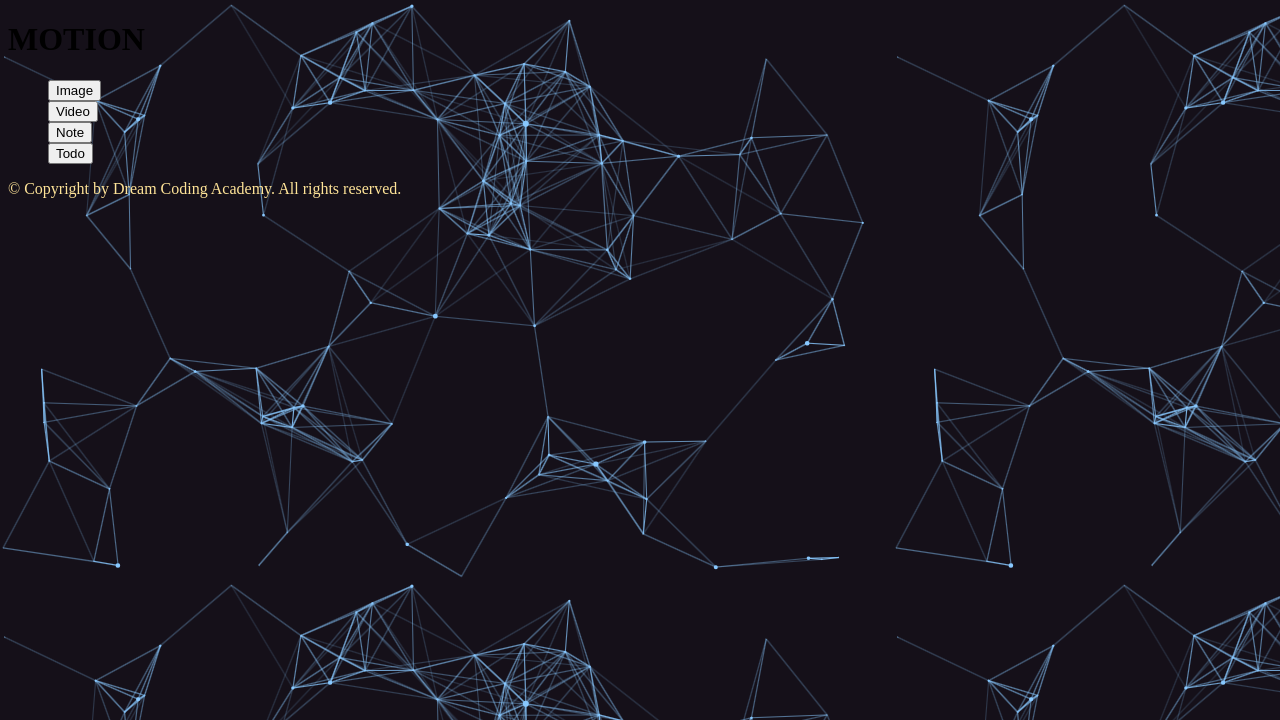
Repository: chefkuna/Motion
Page: index.html
These files come from the project's save history. The page is drawn as it stood at one moment and after the next save; the edit follows.
The browser window is 1280 px wide. The pictures show the whole page.

Above is the page before, as saved 2022-08-21 14:34:44.

After the next save:
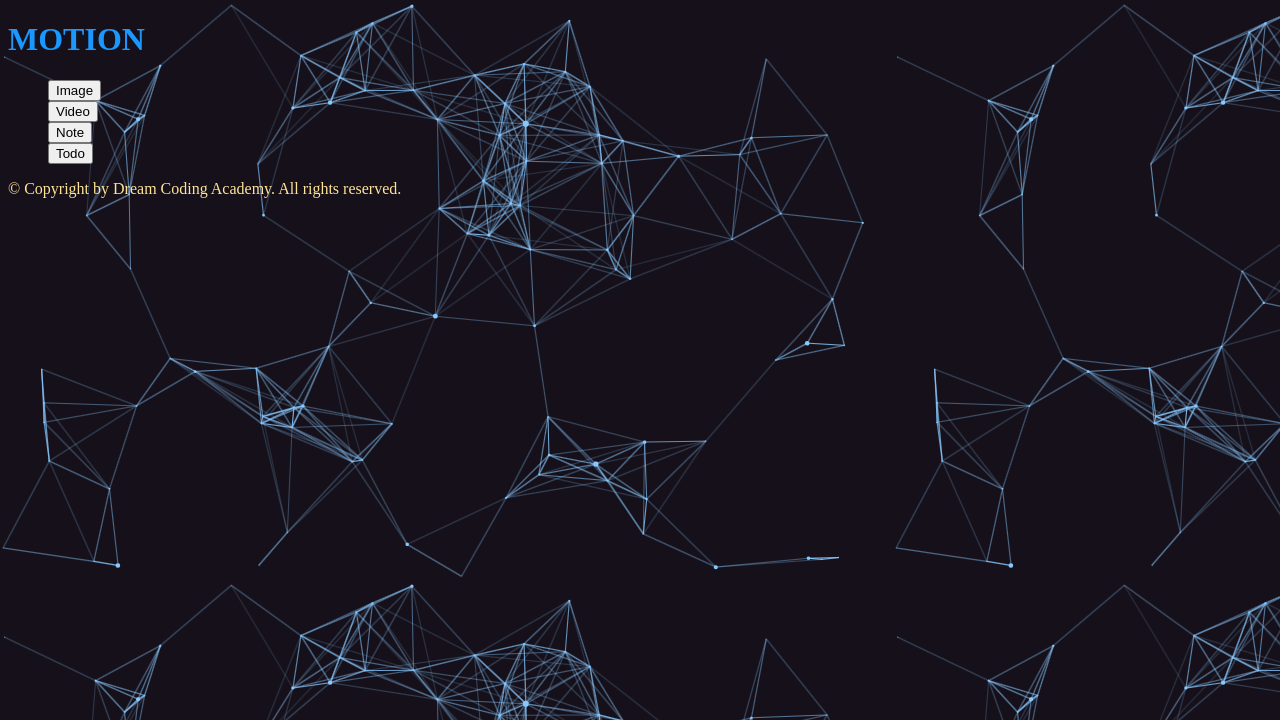
Saved 40 s later.
--- a/style/style.css
+++ b/style/style.css
@@ -13,6 +13,8 @@
   --translucent-black: #00000099;
 }
 
+
+
 li {
   list-style: none;
   padding-left: 0;
@@ -25,3 +27,7 @@ p {
 body {
   background: url('../assets/background.png');
 }
+
+.banner__title {
+  color: var(--accent-color);
+}
